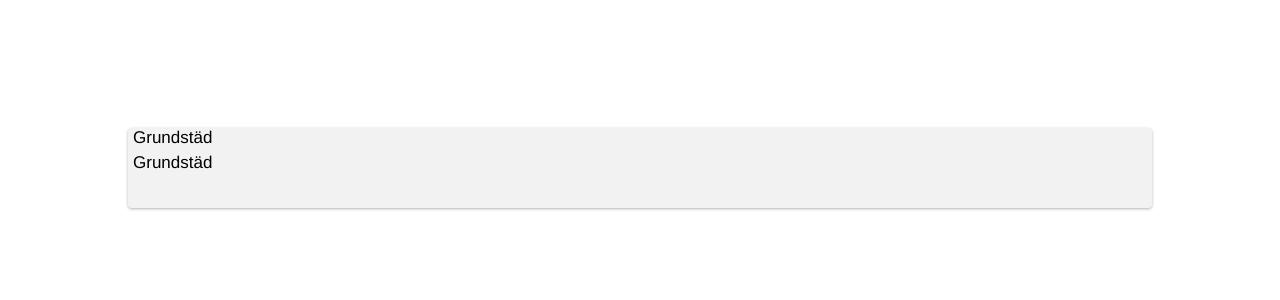
Repository: AdrianaLarsson/learning-react-adriana
Page: /
An editor plug-in stored every save of this project. The page is shown before and after a run of saves, followed by the edit.
The browser window is 1280 px wide. The pictures show the whole page.
The project was rebuilt for these pictures with package versions that can differ from the ones it lists, and the page was loaded fresh each time. Also part of the build but not shown: src/App.css, src/components/pixiLearn/pixi-learning.js, src/components/pixiLearn/reactTimline/timelinegant.js, src/components/pixiLearn/waypoint-mobile/navbaren.js, src/components/pixiLearn/waypoint-mobile/box-name-day-time.js, src/components/pixiLearn/waypoint-mobile/teamname.js, src/components/pixiLearn/waypoint-mobile/perosnal.js, src/components/pixiLearn/waypoint-mobile/trainsinfo.js and 3 more. Imported but missing from the stored project, and not drawn on this page: src/components/pixiLearn/styledComponentsWay/homestyles.

Above is the page before, as saved 2021-02-26 13:55:08.

After the next 2 saves:
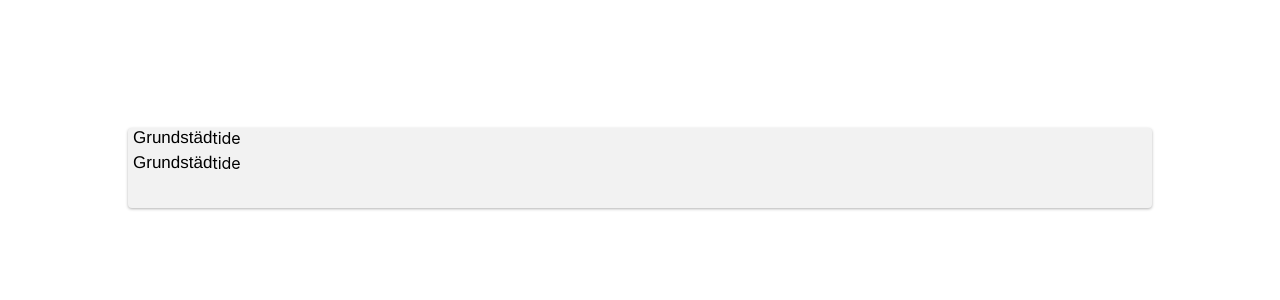
The 2 saves are shown as one change because they came seconds apart.
The last was saved 5 s later.
--- a/src/components/pixiLearn/atomic-design/headBadge/headerBadge.js
+++ b/src/components/pixiLearn/atomic-design/headBadge/headerBadge.js
@@ -5,7 +5,7 @@ function headerBadge() {
     return (
         <div>
            <Badge><B4>Grundstäd</B4>
-
+           tide
            </Badge>
         </div>
     )
